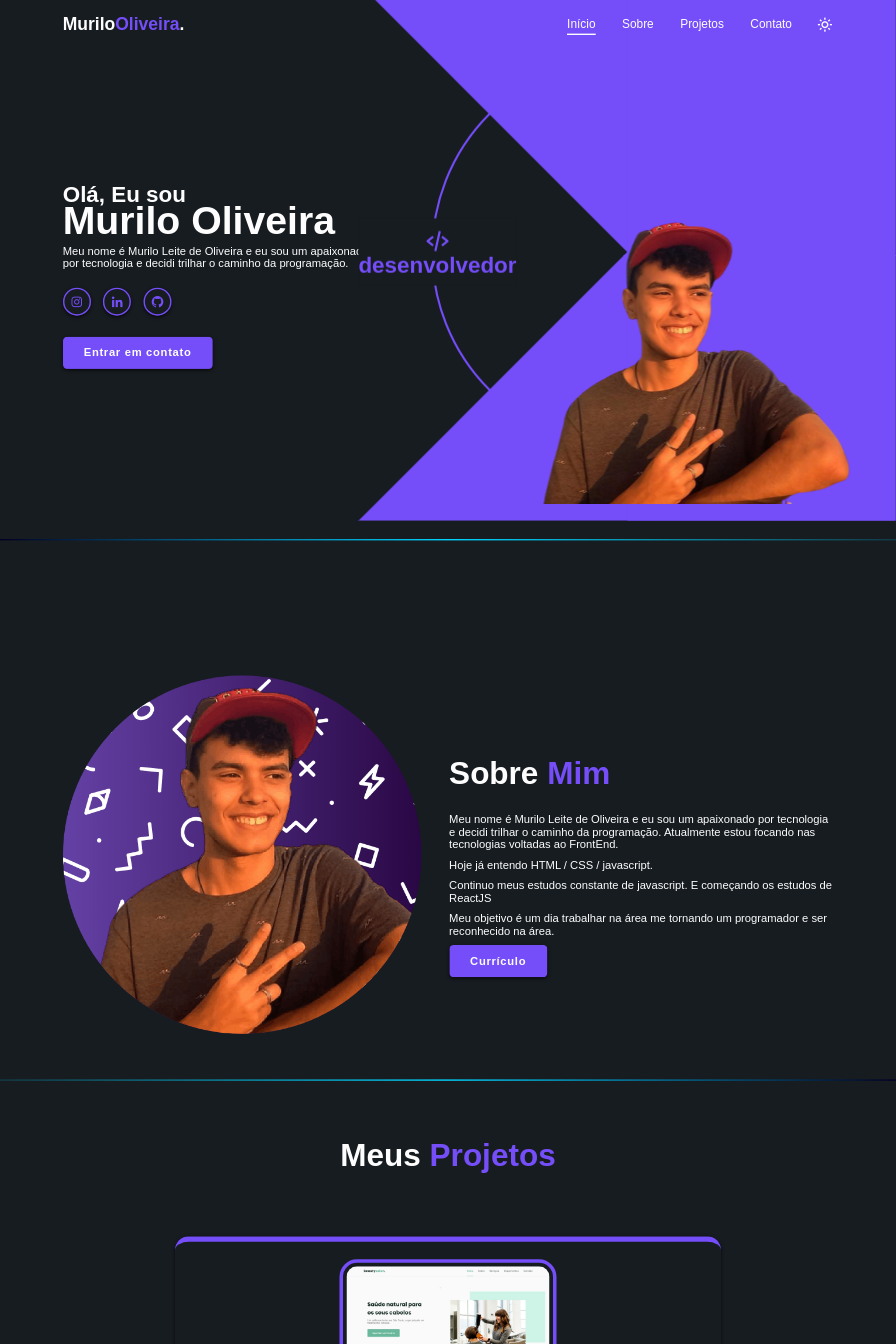
Repository: devMuriloOliveira/Portfolio-
Page: index.html
The author's editor kept a copy of each file at every save. The page is drawn from the files as they stood at one save, then again after the next save.
The browser window is 1280 px wide. The pictures show the part of the page from y = 0 to 1920 px (the page is 3045 px tall), at 70% of full size.
After loading, the first visible `#darkMode-icon` was clicked once.
Some web fonts or font styles are not loaded; a fallback is used.

Above is the page before, as saved 2023-03-15 18:03:55.

After the next save:
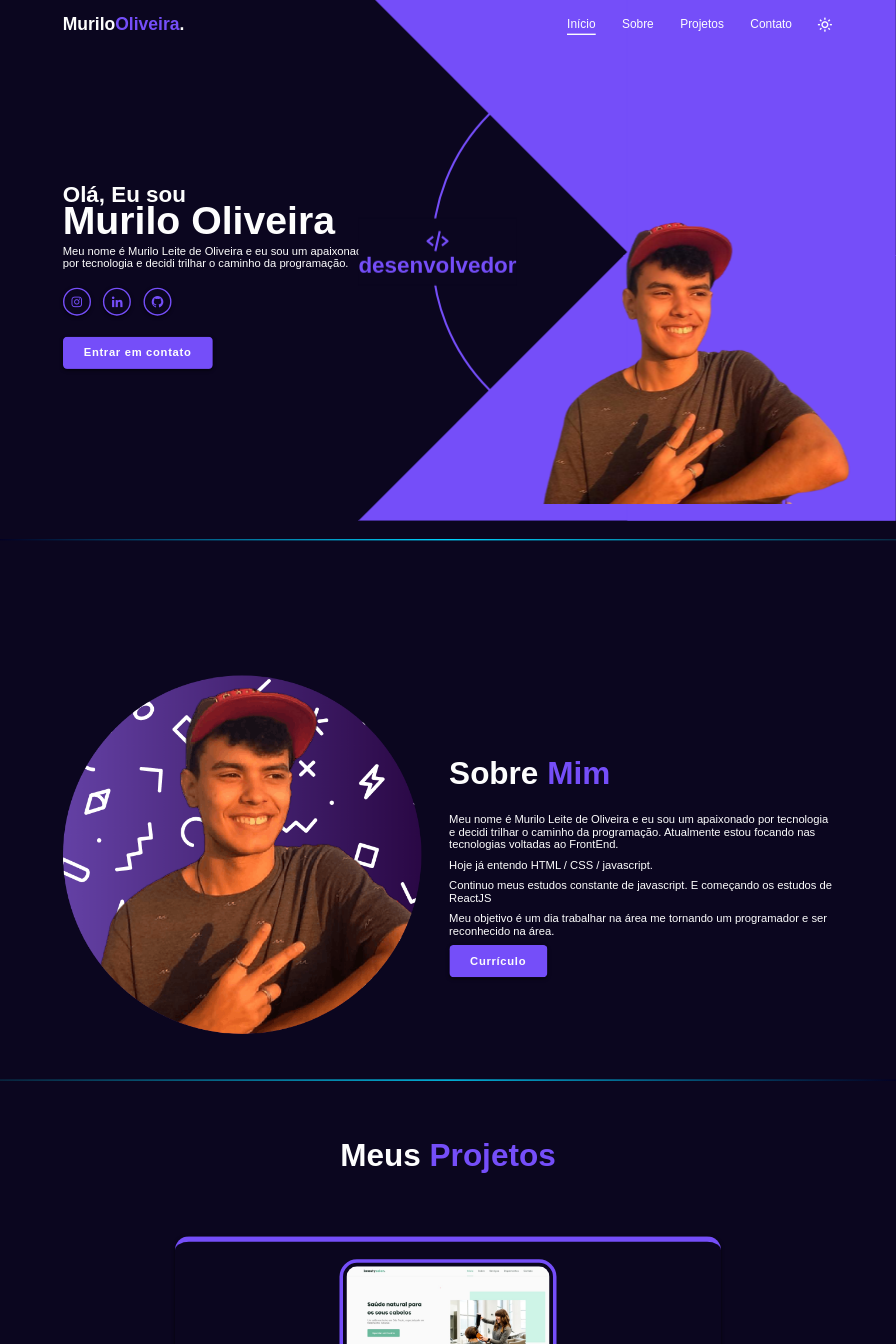
Saved 20 s later.
--- a/style.css
+++ b/style.css
@@ -19,7 +19,7 @@
 }
 
 .dark-mode{
-  --bg-color: #171c21;
+  --bg-color: #0b061f;
   --text-color: #fdfdfd;
   --shadow-color: rgba(0, 0, 0, .7);
 }
